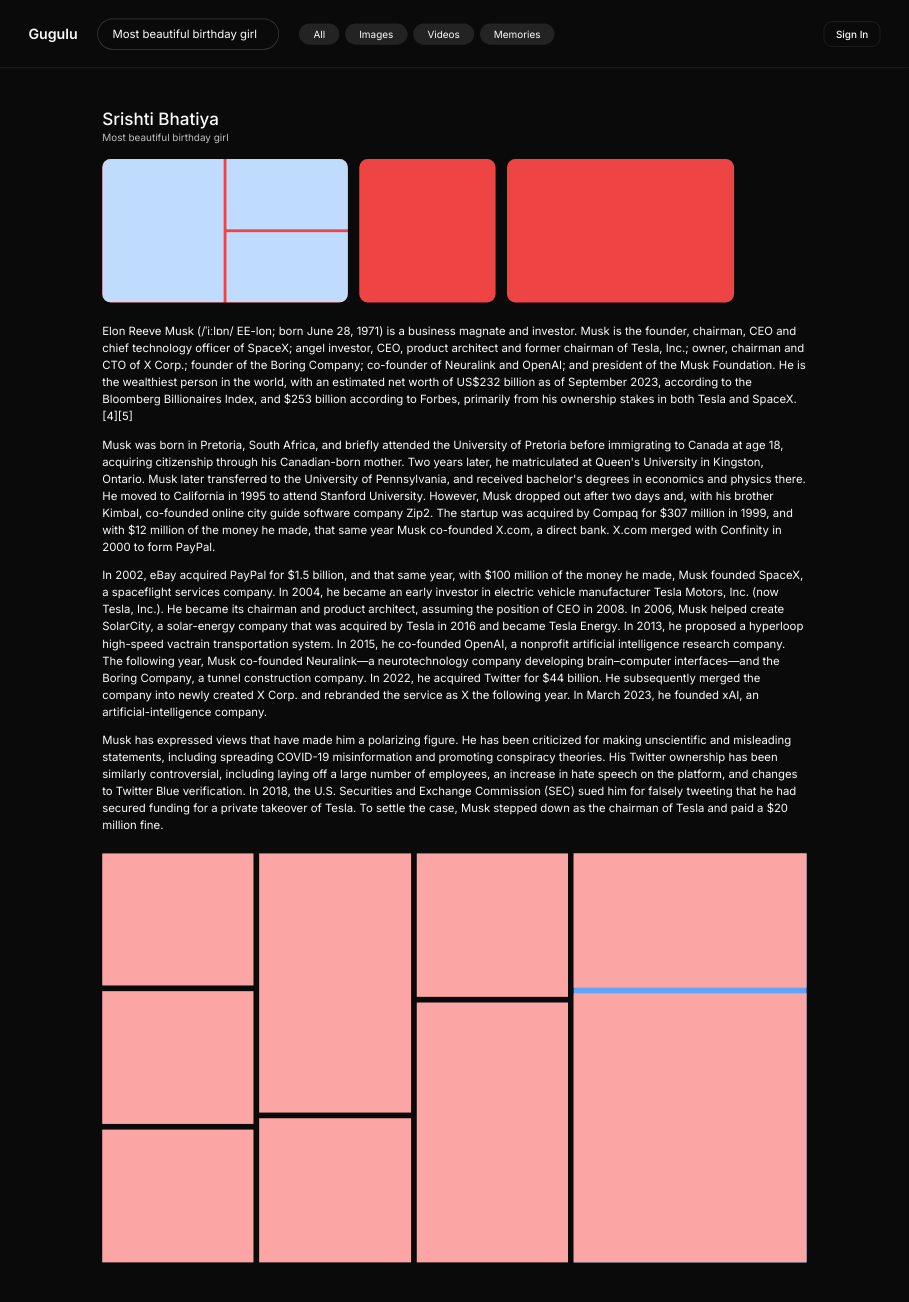
Repository: Harshgoel17/anshfinal
Page: /srishti
The author's editor kept a copy of each file at every save. The page is drawn from the files as they stood at one save, then again after the next save.
The browser window is 1280 px wide. The pictures show the whole page, at 71% of full size.
The project was rebuilt for these pictures with package versions that can differ from the ones it lists, and the page was loaded fresh each time. The framework's server and built-in components were replaced by stand-ins that run in the browser. Also part of the build but not shown: next.config.js.

Above is the page before, as saved 2023-10-04 21:07:54.

### app/srishti/page.jsx
import Gallery from '@/components/Gallery'
import Navbar from '@/components/Navbar'
import React from 'react'

const page = () => {
  return (
    <div className='overflow-x-hidden'>
        <Navbar />
        <div className='py-14 px-36 gap-5 flex flex-col'>
            <div>
                <h1 className='text-2xl font-medium'>Srishti Bhatiya</h1>
                <p className='text-sm opacity-75'>Most beautiful birthday girl</p>
            </div>

            <div className='flex items-center gap-4'>
                <div className='bg-red-500 lg:w-[27vw] h-[28vh]  rounded-xl flex gap-1 overflow-hidden'>
                    <span className='bg-blue-200 w-[50%] h-full'></span>

                    <div className='flex flex-col gap-1 w-[50%] h-full'>
                        <span className='bg-blue-200 h-[50%] w-full'></span>
                        <span className='bg-blue-200 h-[50%] w-full'></span>
                    </div>
                </div>

                <div className='bg-red-500 lg:w-[15vw] h-[28vh]  rounded-xl flex gap-1 overflow-hidden'>

                </div>

                <div className='bg-red-500 lg:w-[25vw] h-[28vh]  rounded-xl flex gap-1 overflow-hidden'>

                </div>
            </div>

            <div className='text-lol py-2 flex flex-col gap-4'>
                <p>
                Elon Reeve Musk (/ˈiːlɒn/ EE-lon; born June 28, 1971) is a business magnate and investor. Musk is the founder, chairman, CEO and chief technology officer of SpaceX; angel investor, CEO, product architect and former chairman of Tesla, Inc.; owner, chairman and CTO of X Corp.; founder of the Boring Company; co-founder of Neuralink and OpenAI; and president of the Musk Foundation. He is the wealthiest person in the world, with an estimated net worth of US$232 billion as of September 2023, according to the Bloomberg Billionaires Index, and $253 billion according to Forbes, primarily from his ownership stakes in both Tesla and SpaceX.[4][5]


                </p>

                <p>
                Musk was born in Pretoria, South Africa, and briefly attended the University of Pretoria before immigrating to Canada at age 18, acquiring citizenship through his Canadian-born mother. Two years later, he matriculated at Queen's University in Kingston, Ontario. Musk later transferred to the University of Pennsylvania, and received bachelor's degrees in economics and physics there. He moved to California in 1995 to attend Stanford University. However, Musk dropped out after two days and, with his brother Kimbal, co-founded online city guide software company Zip2. The startup was acquired by Compaq for $307 million in 1999, and with $12 million of the money he made, that same year Musk co-founded X.com, a direct bank. X.com merged with Confinity in 2000 to form PayPal.

                </p>

                <p>
                In 2002, eBay acquired PayPal for $1.5 billion, and that same year, with $100 million of the money he made, Musk founded SpaceX, a spaceflight services company. In 2004, he became an early investor in electric vehicle manufacturer Tesla Motors, Inc. (now Tesla, Inc.). He became its chairman and product architect, assuming the position of CEO in 2008. In 2006, Musk helped create SolarCity, a solar-energy company that was acquired by Tesla in 2016 and became Tesla Energy. In 2013, he proposed a hyperloop high-speed vactrain transportation system. In 2015, he co-founded OpenAI, a nonprofit artificial intelligence research company. The following year, Musk co-founded Neuralink—a neurotechnology company developing brain–computer interfaces—and the Boring Company, a tunnel construction company. In 2022, he acquired Twitter for $44 billion. He subsequently merged the company into newly created X Corp. and rebranded the service as X the following year. In March 2023, he founded xAI, an artificial-intelligence company.


                </p>

                <p>
                Musk has expressed views that have made him a polarizing figure. He has been criticized for making unscientific and misleading statements, including spreading COVID-19 misinformation and promoting conspiracy theories. His Twitter ownership has been similarly controversial, including laying off a large number of employees, an increase in hate speech on the platform, and changes to Twitter Blue verification. In 2018, the U.S. Securities and Exchange Commission (SEC) sued him for falsely tweeting that he had secured funding for a private takeover of Tesla. To settle the case, Musk stepped down as the chairman of Tesla and paid a $20 million fine.
                </p>
            </div>

            <Gallery />
        </div>
    </div>
  )
}

export default page

### app/globals.css
@tailwind base;
@tailwind components;
@tailwind utilities;

@layer base {
  :root {
    --background: 0 0% 3.9%;
    --foreground: 0 0% 98%;

    --card: 0 0% 3.9%;
    --card-foreground: 0 0% 98%;

    --popover: 0 0% 3.9%;
    --popover-foreground: 0 0% 98%;

    --primary: 0 0% 98%;
    --primary-foreground: 0 0% 9%;

    --secondary: 0 0% 14.9%;
    --secondary-foreground: 0 0% 98%;

    --muted: 0 0% 14.9%;
    --muted-foreground: 0 0% 63.9%;

    --accent: 0 0% 14.9%;
    --accent-foreground: 0 0% 98%;

    --destructive: 0 62.8% 30.6%;
    --destructive-foreground: 0 0% 98%;

    --border: 0 0% 14.9%;
    --input: 0 0% 14.9%;
    --ring: 0 0% 83.1%;
  }

  .dark {
    --background: 0 0% 3.9%;
    --foreground: 0 0% 98%;

    --card: 0 0% 3.9%;
    --card-foreground: 0 0% 98%;

    --popover: 0 0% 3.9%;
    --popover-foreground: 0 0% 98%;

    --primary: 0 0% 98%;
    --primary-foreground: 0 0% 9%;

    --secondary: 0 0% 14.9%;
    --secondary-foreground: 0 0% 98%;

    --muted: 0 0% 14.9%;
    --muted-foreground: 0 0% 63.9%;

    --accent: 0 0% 14.9%;
    --accent-foreground: 0 0% 98%;

    --destructive: 0 62.8% 30.6%;
    --destructive-foreground: 0 0% 98%;

    --border: 0 0% 14.9%;
    --input: 0 0% 14.9%;
    --ring: 0 0% 83.1%;
  }
}

@layer base {
  * {
    @apply border-border;
  }
  body {
    @apply bg-background text-foreground;
  }
}

### components/Gallery.jsx
import React from 'react'

const Gallery = () => {
  return (
    <div className='h-[80vh] flex gap-2'>
        <div className='grid grid-cols-3 gap-2 h-full w-full flex-[2]  '>
            <div className='flex flex-col h-full w-full  gap-2'>
                <span className='bg-red-300 w-full h-full'></span>
                <span className='bg-red-300 w-full h-full'></span>
                <span className='bg-red-300 w-full h-full'></span>
            </div>

            <div className='flex flex-col h-full w-full  gap-2'>
                <span className='bg-red-300 w-full h-full flex-[1.8]'></span>
                <span className='bg-red-300 w-full h-full flex-1'></span>

            </div>

            <div className='flex flex-col h-full w-full  gap-2'>
                <span className='bg-red-300 w-full h-full flex-1'></span>

                <span className='bg-red-300 w-full h-full flex-[1.8]'></span>
            </div>
        </div>

        <div className='flex h-full flex-col w-full flex-1 gap-2  bg-blue-400'>
            <span className='bg-red-300 w-full h-full flex-1'></span>
            <span className='bg-red-300 w-full h-full flex-[2]'></span>
        </div>
    </div>
  )
}

export default Gallery

### components/Navbar.jsx
import React from 'react'
import { Button } from "@/components/ui/button";

const Navbar = () => {
  return (
    <div className='flex h-24 w-screen items-center justify-between border-b px-10'>
        <div className='flex gap-7 items-center'>
            <h1 className='text-xl font-semibold'>Gugulu</h1>
            <input type="text" className="bg-background border border-foreground/20 rounded-full h-11 w-[20vw] px-5" value={'Most beautiful birthday girl'}/>

            <div className='flex items-center justify-center gap-2 text-sm'>
                <div className='rounded-full bg-foreground/10 px-5 py-[5px] cursor-pointer'>All</div>
                <div className='rounded-full bg-foreground/10 px-5 py-[5px] cursor-pointer'>Images</div>
                <div className='rounded-full bg-foreground/10 px-5 py-[5px] cursor-pointer'>Videos</div>
                <div className='rounded-full bg-foreground/10 px-5 py-[5px] cursor-pointer'>Memories</div>
            </div>
        </div>
        <div className='flex items-center gap-6'>
            <Button variant="outline" className="rounded-xl" >Sign In</Button>
        </div>
    </div>
  )
}

export default Navbar

### components/ui/button.jsx
import * as React from "react"
import { Slot } from "@radix-ui/react-slot"
import { cva } from "class-variance-authority";

import { cn } from "@/lib/utils"

const buttonVariants = cva(
  "inline-flex items-center justify-center rounded-md text-sm font-medium transition-colors focus-visible:outline-none focus-visible:ring-1 focus-visible:ring-ring disabled:pointer-events-none disabled:opacity-50",
  {
    variants: {
      variant: {
        default:
          "bg-primary text-primary-foreground shadow hover:bg-primary/90",
        destructive:
          "bg-destructive text-destructive-foreground shadow-sm hover:bg-destructive/90",
        outline:
          "border border-input bg-transparent shadow-sm hover:bg-accent hover:text-accent-foreground",
        secondary:
          "bg-secondary text-secondary-foreground shadow-sm hover:bg-secondary/80",
        ghost: "hover:bg-accent hover:text-accent-foreground",
        link: "text-primary underline-offset-4 hover:underline",
      },
      size: {
        default: "h-9 px-4 py-2",
        sm: "h-8 rounded-md px-3 text-xs",
        lg: "h-10 rounded-md px-8",
        icon: "h-9 w-9",
      },
    },
    defaultVariants: {
      variant: "default",
      size: "default",
    },
  }
)

const Button = React.forwardRef(({ className, variant, size, asChild = false, ...props }, ref) => {
  const Comp = asChild ? Slot : "button"
  return (
    (<Comp
      className={cn(buttonVariants({ variant, size, className }))}
      ref={ref}
      {...props} />)
  );
})
Button.displayName = "Button"

export { Button, buttonVariants }

Loaded but not shown: app/layout.js (common file); lib/utils.js (common file); tailwind.config.js (common file)

After the next save:
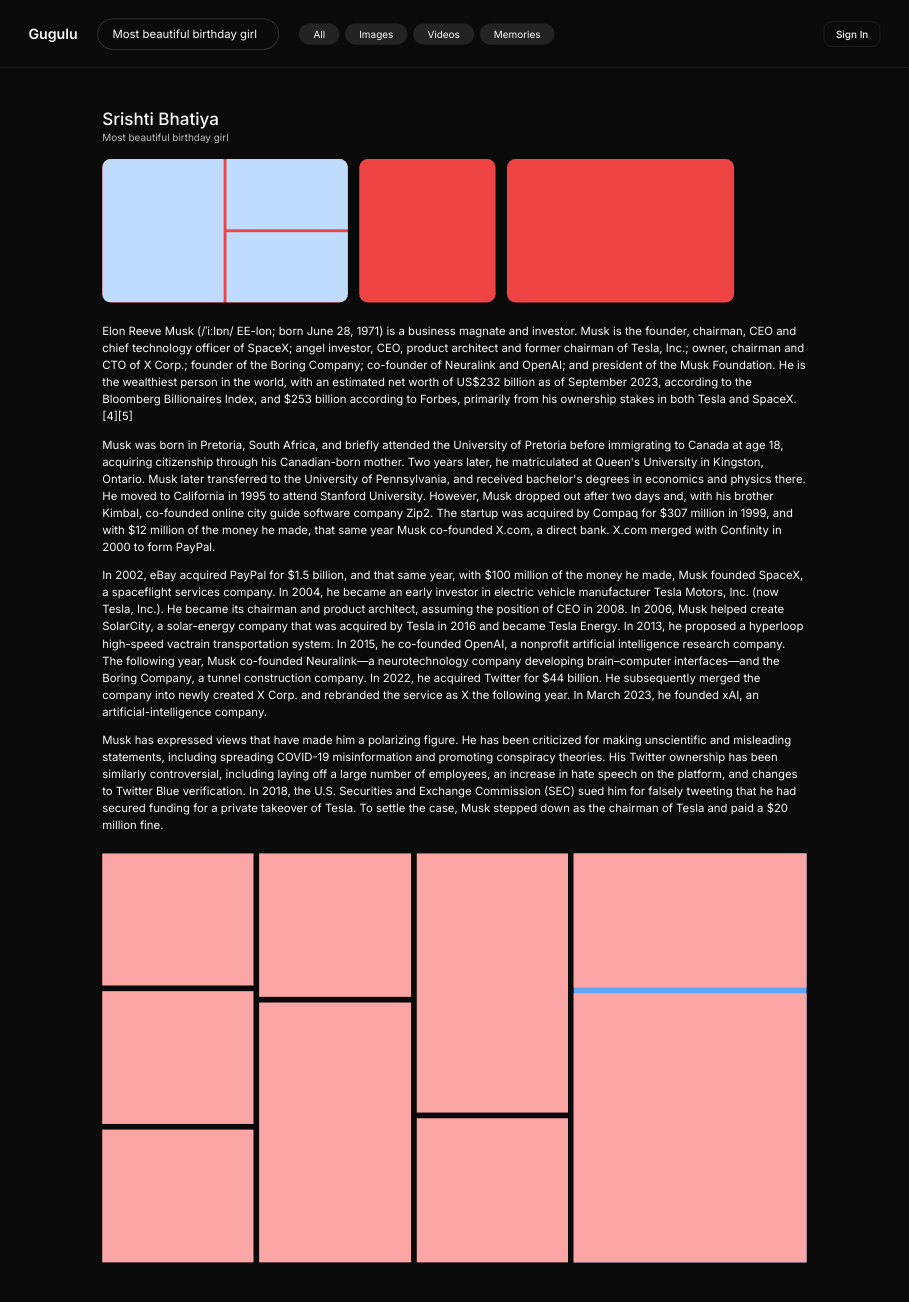
Saved 13 s later.
--- a/components/Gallery.jsx
+++ b/components/Gallery.jsx
@@ -11,16 +11,18 @@ const Gallery = () => {
             </div>
 
             <div className='flex flex-col h-full w-full  gap-2'>
+                <span className='bg-red-300 w-full h-full flex-1'></span>
+
+                <span className='bg-red-300 w-full h-full flex-[1.8]'></span>
+            </div>
+
+            <div className='flex flex-col h-full w-full  gap-2'>
                 <span className='bg-red-300 w-full h-full flex-[1.8]'></span>
                 <span className='bg-red-300 w-full h-full flex-1'></span>
 
             </div>
 
-            <div className='flex flex-col h-full w-full  gap-2'>
-                <span className='bg-red-300 w-full h-full flex-1'></span>
 
-                <span className='bg-red-300 w-full h-full flex-[1.8]'></span>
-            </div>
         </div>
 
         <div className='flex h-full flex-col w-full flex-1 gap-2  bg-blue-400'>
